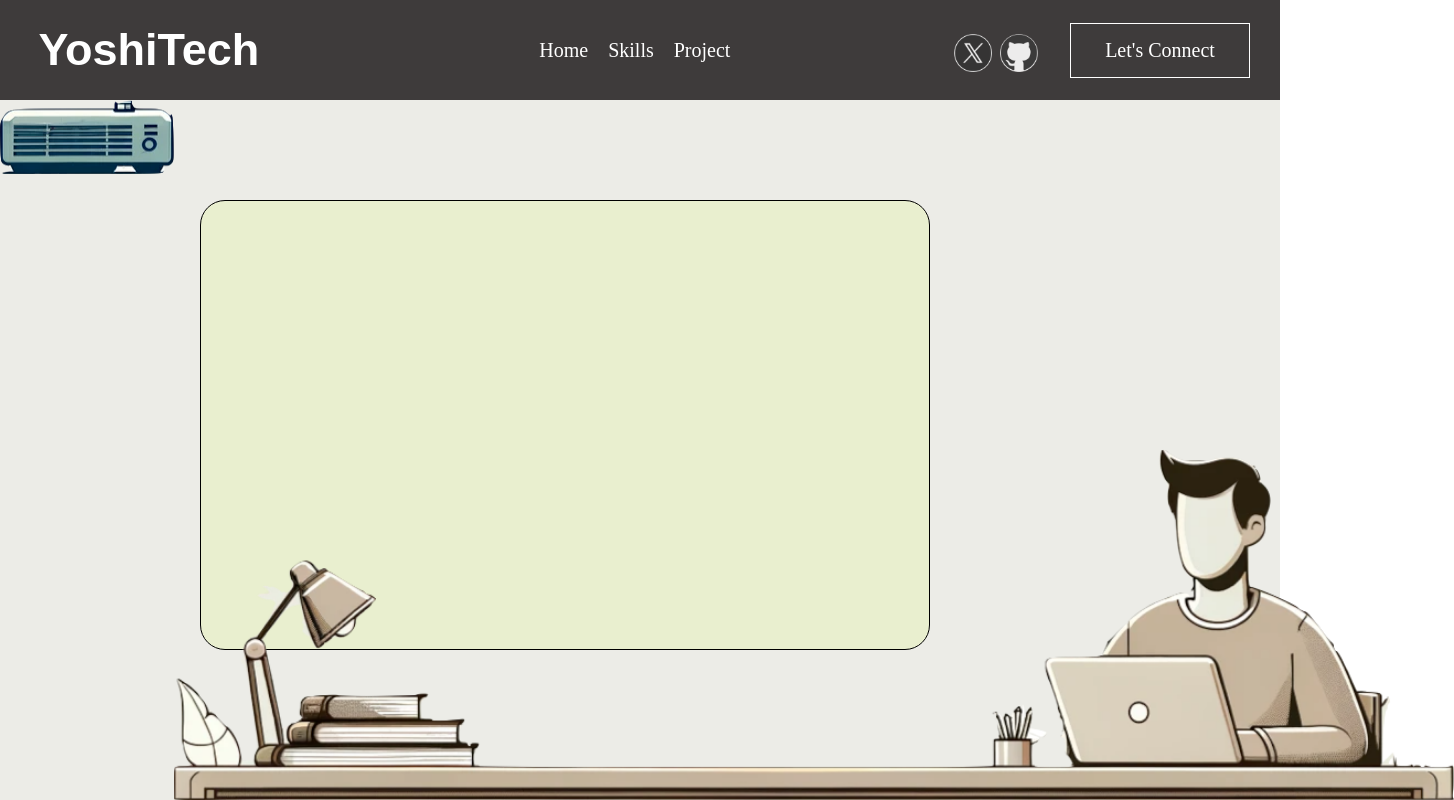
Repository: Yoshiki0418/My_Portfolio
Page: index.html
An editor plug-in stored every save of this project. The page is shown before and after the next save, followed by the edit.
The browser window is 1280 px wide. The page is 1454 px wide, then 1280 px, so the pictures cover 1454 px, including what lies to the right of the window. The pictures show the whole page.

Above is the page before, as saved 2024-01-05 21:05:06.

### index.html
<!DOCTYPE html>
<html lang="ja">
<head>
    <meta charset="UTF-8">
    <meta name="viewport" content="width=device-width, initial-scale=1.0">
    <title>Document</title>
    <link rel="stylesheet" type="text/css" href="style.css">
</head>
<body>
    <header>
        <h1 class="Logo">YoshiTech</h1>
        <div class="page_changer">
            <a class="changer_font">Home</a>
            <a class="changer_font">Skills</a>
            <a class="changer_font">Project</a>
        </div>
        <div class="sns_container">
            <a><img src="static/image/X.png" class="sns_pic"></a>
            <a><img src="static/image/GitHub.png" class="sns_pic"></a>
        </div>
        <div class="connect_container">
            <a class="connect_font">Let's Connect</a>
        </div>
    </header>
    <main>
        <section class="hero_section">
            <div class="monitor_container">
                <div class="circle_container">
                    <div class="circle"></div>
                    <div class="circle"></div>
                    <div class="circle"></div>
                </div>
            </div>
            <img class="background_sub" src="static/image/2.png">
            <img class="background" src="static/image/1.jpeg">
        </section>
    </main>

</body>
</html>

### style.css
*{
    margin: 0;
    padding: 0;
    box-sizing: border-box; /* サイズ計算をより予測しやすくするためのプロパティ */
}

header {
	display: flex;					/*flexボックスを使う指定*/
	align-items: center;			/*垂直揃えの指定。天地中央に配置されるように。*/
    width: 100%;
    height: 100px;
	background-color: #3E3B3B;
    position: relative;
}

.Logo{
    margin-left: 3%;
    color: white;
    font-family: 'Comic Sans MS', 'Arial Rounded MT Bold', sans-serif;
    font-size: 45px;
}

.page_changer{
    display: flex;
	align-items: center;
    padding: 20px;
    margin-left: 250px;
    margin-right: 250px;
}

.changer_font{
    color: white;
    margin: 10px;
    font-size: 20px;
}

.connect_font{
    color: white;
    font-size: 20px;
}

.connect_container{
    position: absolute;
    right: 30px;
    width: 180px;
    height: 55px;
    border: 1px solid white;
    display: flex;
    align-items: center;
    justify-content: center;
}

.sns_pic{
    width: 38px;
    height: auto;
    margin: 2px;
}

.sns_container{
    margin-top: 10px;
    position: absolute;
    right: 240px;
}

.hero_section{
    background-color: #ECECE7;
    width: 100%;
    height: 700px;
    position: relative;
}

.monitor_container{
    background-color: #E9EFCF;
    width: 730px;
    height: 450px;
    margin-left: 200px;
    border: 1px solid rgb(0, 0, 0);
    position: absolute;
    top: 100px;
    border-radius: 25px;
}

.background{
    position: absolute;
    bottom: 0px;
    width: 100%;
    height: auto;
}

After the next save:
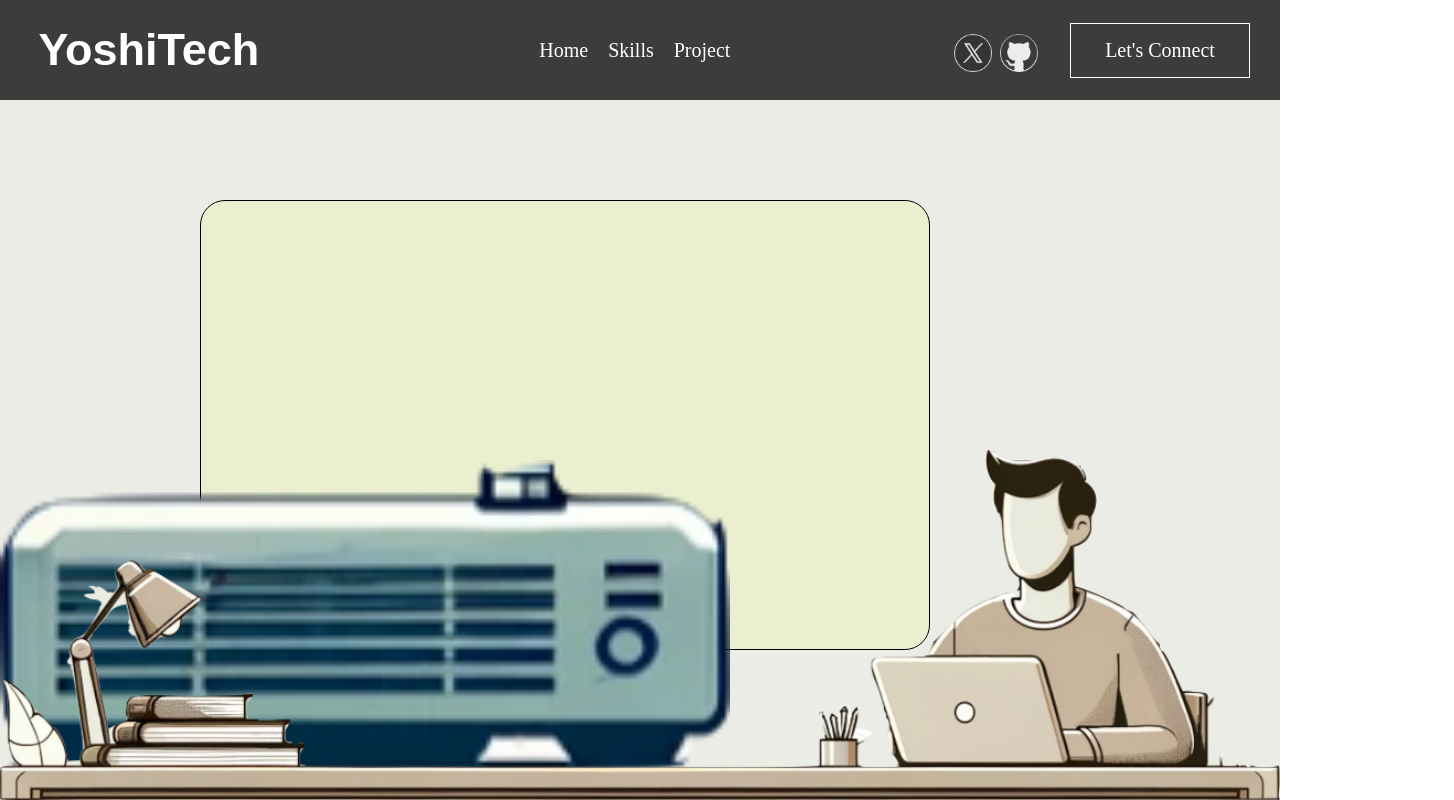
Saved 49 s later.
--- a/style.css
+++ b/style.css
@@ -86,3 +86,10 @@
     width: 100%;
     height: auto;
 }
+
+.background_sub{
+    position: absolute;
+    bottom: 30px;
+    width: 730px;
+    height: auto;
+}
